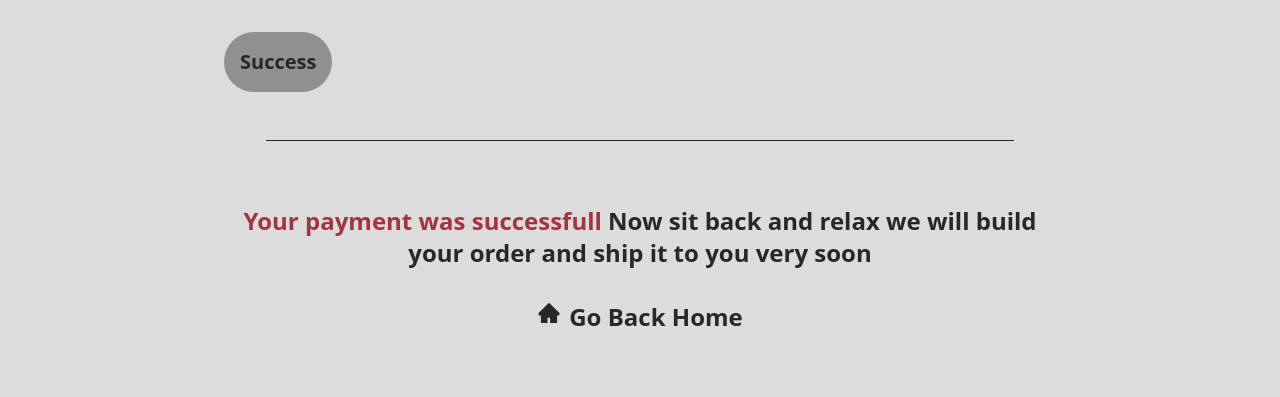
Repository: punitbathija/power-pedal
Page: /success
These files come from the project's save history. The page is drawn as it stood at one moment and after the next save; the edit follows.
The browser window is 1280 px wide. The pictures show the whole page.
The project was rebuilt for these pictures with package versions that can differ from the ones it lists, and the page was loaded fresh each time. The framework's server and built-in components were replaced by stand-ins that run in the browser. Also part of the build but not shown: next.config.js.

Above is the page before, as saved 2023-03-08 14:04:03.

### src/app/success/page.js
import Link from "next/link";
import React from "react";
import { AiFillHome } from "react-icons/ai";

function paymentsuccess() {
  return (
    <div className="text-center py-8 lg:mx-56 mx-2 bg-goodwhite text-goodblack">
      <p className="font-semibold lg:text-xl p-4 bg-offwhite w-fit rounded-full">
        Success
      </p>
      <hr className="flex my-12 w-[90%] text-center justify-center m-auto" />
      <p className="font-semibold lg:text-2xl text-xl p-4 my-4">
        <span className="text-goodred text-2xl">
          Your payment was successfull
        </span>{" "}
        Now sit back and relax we will build your order and ship it to you very
        soon
      </p>
      <Link href="/">
        <p className="flex  gap-2 justify-center align-middle m-auto justify-items-center `text-center font-semibold text-2xl p4 my-4">
          <AiFillHome /> Go Back Home
        </p>
      </Link>
    </div>
  );
}

export default paymentsuccess;

### src/app/globals.css
@tailwind base;
@tailwind components;
@tailwind utilities;

body{
    background: #dcdcdc;
}

### tailwind.config.js
/** @type {import('tailwindcss').Config} */
module.exports = {
  content: [
    "./app/**/*.{js,ts,jsx,tsx}",
    "./pages/**/*.{js,ts,jsx,tsx}",
    "./components/**/*.{js,ts,jsx,tsx}",

    // Or if using `src` directory:
    "./src/**/*.{js,ts,jsx,tsx}",
  ],
  theme: {
    colors: {
      offwhite: "#909090",
      transparent: "transparent",
      goodblack: "#282828",
      goodbrown: "#414141",
      goodwhite: "#dcdcdc",
      goodred: "#a33441",
      olivegreen: "#6a7870",
      skin: "#e8dfc8",
      black: "#000000",
    },

    extend: {},
  },
  plugins: [],
};

Loaded but not shown: src/app/layout.js (common file)

After the next save:
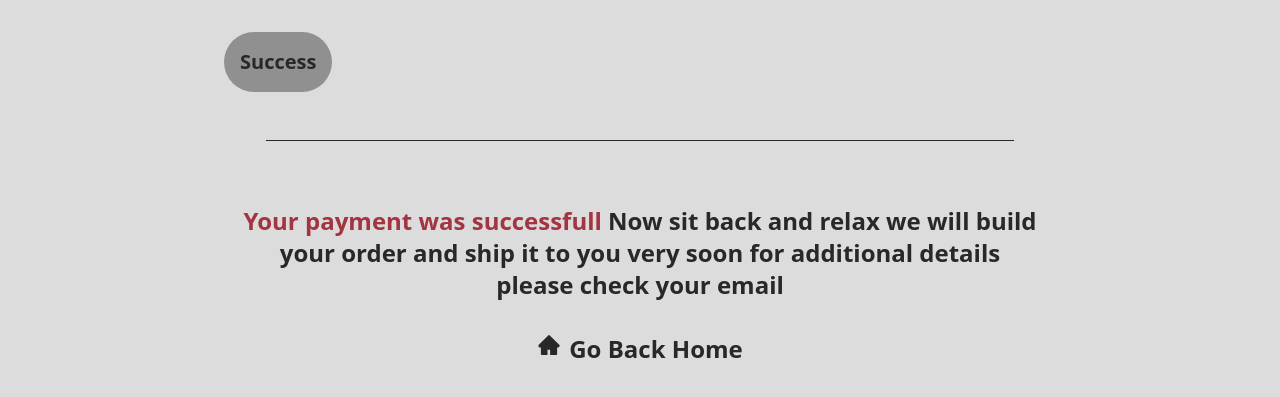
Saved 54 s later.
--- a/src/app/success/page.js
+++ b/src/app/success/page.js
@@ -14,7 +14,7 @@ function paymentsuccess() {
           Your payment was successfull
         </span>{" "}
         Now sit back and relax we will build your order and ship it to you very
-        soon
+        soon for additional details please check your email
       </p>
       <Link href="/">
         <p className="flex  gap-2 justify-center align-middle m-auto justify-items-center `text-center font-semibold text-2xl p4 my-4">
